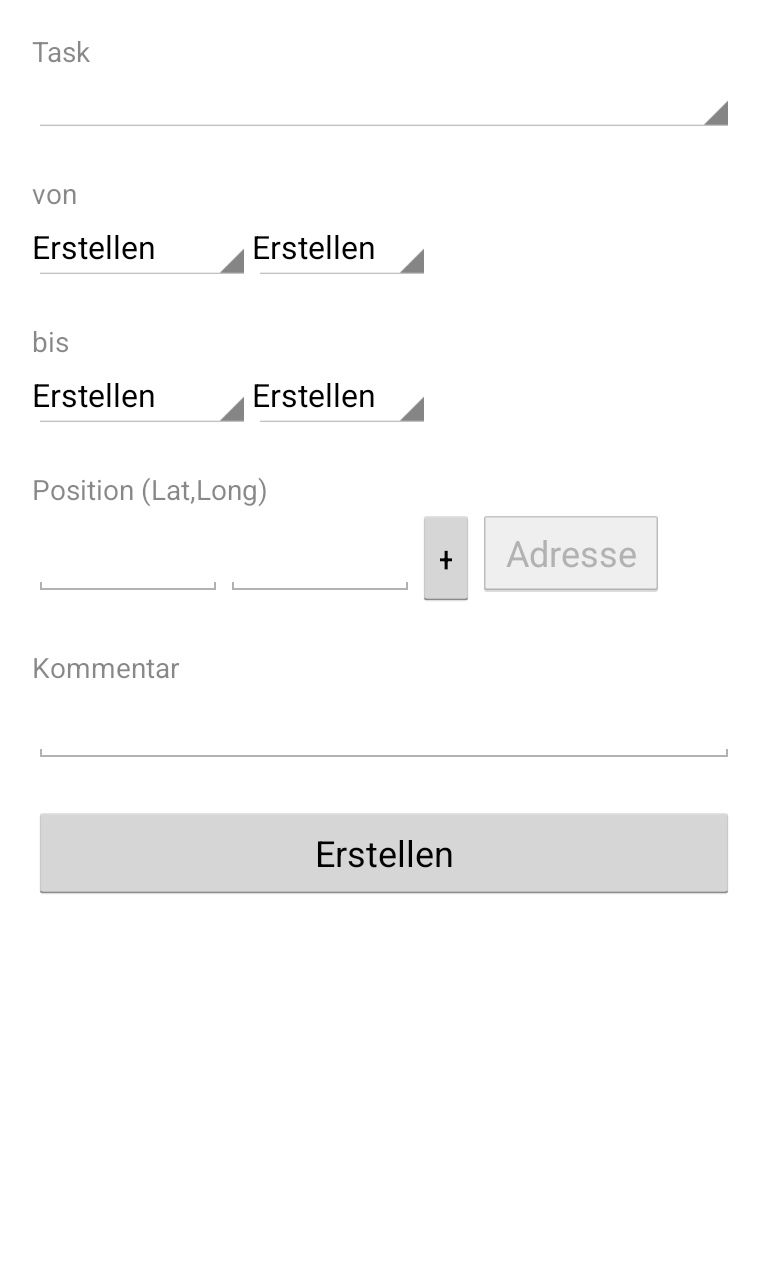
Repository: floriandrs/ttracker
Layout: TTracker/res/layout/activity_create_new_track.xml
The author's editor kept a copy of each file at every save. The layout is drawn from the files as they stood at one save, then again after the next save.
It is drawn on a 768 x 1280 px phone screen (xhdpi) without system bars, with theme AppTheme; the app's code is not run.

Above is the layout before, as saved 2015-02-25 20:06:35.

### TTracker/res/layout/activity_create_new_track.xml
<RelativeLayout xmlns:android="http://schemas.android.com/apk/res/android"
    xmlns:tools="http://schemas.android.com/tools"
    android:layout_width="match_parent"
    android:layout_height="match_parent"
    android:paddingBottom="@dimen/activity_vertical_margin"
    android:paddingLeft="@dimen/activity_horizontal_margin"
    android:paddingRight="@dimen/activity_horizontal_margin"
    android:paddingTop="@dimen/activity_vertical_margin"
    tools:context="com.slart.ttracker.activitiy.EditTrackActivity" >

    <TextView
        android:id="@+id/trackLabel"
        android:text="@string/track"
        style="@style/FormLabel"
        android:layout_marginTop="0dp" />

    <Spinner
        android:id="@+id/track"
        android:layout_width="match_parent"
        android:layout_height="wrap_content"
        android:layout_below="@id/trackLabel" />

    <TextView
        android:id="@+id/startLabel"
        android:layout_below="@id/track"
        android:text="@string/from"
        style="@style/FormLabel" />

    <Button
        android:id="@+id/startDate"
        android:layout_width="110dp"
        android:layout_height="35dp"
        android:layout_below="@id/startLabel"
        style="?android:attr/spinnerStyle"
        android:text="@string/create"
        android:onClick="setStartDate" />

    <Button
        android:id="@+id/startTime"
        android:layout_width="90dp"
        android:layout_height="35dp"
        android:layout_below="@id/startLabel"
        android:layout_toRightOf="@id/startDate"
        style="?android:attr/spinnerStyle"
        android:text="@string/create"
        android:onClick="setStartTime" />

    <TextView
        android:id="@+id/endLabel"
        android:layout_below="@id/startTime"
        android:text="@string/to"
        style="@style/FormLabel" />


    <Button
        android:id="@+id/endDate"
        android:layout_width="110dp"
        android:layout_height="35dp"
        android:layout_below="@id/endLabel"
        style="?android:attr/spinnerStyle"
        android:text="@string/create"
        android:onClick="setEndDate" />

    <Button
        android:id="@+id/endTime"
        android:layout_width="90dp"
        android:layout_height="35dp"
        android:layout_below="@id/endLabel"
        android:layout_toRightOf="@id/endDate"
        style="?android:attr/spinnerStyle"
        android:text="@string/create"
        android:onClick="setEndTime" />

    <TextView
        android:id="@+id/locationLabel"
        android:layout_below="@id/endTime"
        android:text="@string/location"
        style="@style/FormLabel" />

    <EditText
        android:id="@+id/lat"
        android:layout_width="96dp"
        android:layout_height="45dp"
        android:layout_below="@id/locationLabel" />

    <EditText
        android:id="@+id/lon"
        android:layout_width="96dp"
        android:layout_height="45dp"
        android:layout_below="@id/locationLabel"
        android:layout_toRightOf="@id/lat" />

    <Button
        android:id="@+id/locationButton"
        android:layout_width="30dp"
        android:layout_height="50dp"
        android:layout_below="@id/locationLabel"
        android:text="@string/location_update"
        android:onClick="onLocationUpdateButtonClick"
        android:layout_toRightOf="@id/lon" />

    <Button
        android:id="@+id/georefButton"
        android:layout_width="95dp"
        android:layout_height="45dp"
        android:layout_below="@id/locationLabel"
        android:layout_toRightOf="@id/locationButton"
        android:enabled="false"
        android:onClick="onGeorefButtonClick"
        android:text="@string/georef" />

    <TextView
        android:id="@+id/commentLabel"
        android:layout_below="@id/locationButton"
        android:text="@string/comment"
        style="@style/FormLabel" />

    <EditText
        android:id="@+id/comment"
        android:layout_below="@id/commentLabel"
        style="@style/FormWidthHeight" />

	<Button
        android:id="@+id/enter"
		android:layout_alignParentRight="true"
        android:layout_below="@id/comment"
        style="@style/FormTopMargin"
        android:text="@string/create"
        android:onClick="onCreateNewTrack" />


</RelativeLayout>

### TTracker/res/values/styles.xml
<resources>

    <!--
        Base application theme, dependent on API level. This theme is replaced
        by AppBaseTheme from res/values-vXX/styles.xml on newer devices.
    -->
    <style name="AppBaseTheme" parent="android:Theme.Light">
        <!--
            Theme customizations available in newer API levels can go in
            res/values-vXX/styles.xml, while customizations related to
            backward-compatibility can go here.
        -->
    </style>

    <!-- Application theme. -->
    <style name="AppTheme" parent="AppBaseTheme">
        <!-- All customizations that are NOT specific to a particular API-level can go here. -->
    </style>


    <style name="FormWidthHeight">
        <item name="android:layout_width">match_parent</item>
        <item name="android:layout_height">wrap_content</item>
    </style>

    <style name="FormTopMargin" parent="@style/FormWidthHeight">
        <item name="android:layout_marginTop">20dp</item>
    </style>

    <style name="FormLabel" parent="@style/FormTopMargin">
        <item name="android:textColor">#77000000</item>
        <item name="android:textSize">14dp</item>
    </style>

</resources>

### TTracker/res/values/strings.xml
<?xml version="1.0" encoding="utf-8"?>
<resources>

    <string name="app_name">TTracker</string>
    <string name="action_settings">Settings</string>
    <string name="hello_world">Hello world!</string>
    <string name="hello_blank_fragment">Hello blank fragment</string>
    <string name="title_activity_view_all_tracks">ViewAllTracksActivity</string>
    <string name="title_activity_edit_track">Neue Aktivitaet anlegen</string>
    <string name="title_activity_stats">StatsActivity</string>
    <string name="title_activity_stats_simple">StatsSimple</string>
    <string name="title_activity_stats_average">StatsAverageActivity</string>
    <string name="main_open_create_new_track_label">Start new</string>
    <string name="open_view_all">Track-Liste öffnen</string>
    <string name="open_time_filter_stats">Tracks pro Zeitraum</string>
    <string name="open_activity_stats">Analyse</string>
    <string name="open_activity_stats_simple">Summen pro Kategorie</string>
    <string name="open_activity_stats_average">Durchschnitt pro Kategorie</string>
    <string name="open_activity_view_all_categories">Kategorien verwalten</string>
    <string name="open_create_new_track">Neuen Track starten</string>
    <string name="close_current_track">Aktiven Track stoppen</string>
    <string name="update_current_track">Aktiven Track editieren</string>
    <string name="current_track_label">Aktiver Track:</string>
    <string name="create">Erstellen</string>
    <string name="created_category">Neue Kategorie wurde erstellt: </string>
    <string name="category_already_exists">Kategorie existiert bereits: </string>
    <string name="add">Hinzufügen</string>
    <string name="delete">Löschen</string>
    <string name="update">Aktualisieren</string>
    <string name="location_update">+</string>
    <string name="georef">Adresse</string>
    <string name="now">jetzt</string>
    <string name="today">heute</string>
    <string name="since">seit</string>
    <string name="empty">-</string>
    <string name="none">Kein aktiver Track</string>
    <string name="location">Position (Lat,Long)</string>
    <string name="comment">Kommentar</string>
    <string name="track">Task</string>
    <string name="from">von</string>
    <string name="to">bis</string>
    <string name="started_new_track">Neuer Track gestartet:</string>
    <string name="updated_track">Track aktualisiert:</string>
    <string name="update_track">Bearbeiten</string>
    <string name="delete_track">Löschen</string>
    <string name="export_track_to_calendar">Export an Kalender</string>
    <string name="view_track_in_map">In Karte ansehen</string>

    <string name="no_network">Keine Netzwerkverbindung!</string>
    <string name="address_lookup_start">Adresse wird georeferenziert...</string>
    <string name="lat_or_lon_must_be_set">Lat und Lon müssen ausgefüllt sein</string>
    <string name="address_lookup_finish">Adresse gefunden</string>
    <string name="invalid_geocoding_result">Adresse konnte nicht verarbeitet werden</string>
    <string name="web_error">Fehler beim laden der Seite</string>

    <string name="category_name">Kategorie-Name</string>

    <string-array name="tracks_array">
        <item>Programmieren</item>
        <item>Meeting</item>
        <item>Testing</item>
    </string-array>

    <string name="title_activity_edit_categories">EditCategoriesActivity</string>
    <string name="title_activity_edit_category">EditCategoryActivity</string>
    <string name="title_activity_view_all_categories">ViewAllCategoriesActivity</string>

</resources>

Loaded but not shown: TTracker/res/values-v11/styles.xml (common file); TTracker/res/values-v14/styles.xml (common file); TTracker/res/values/dimens.xml (common file); TTracker/res/values-w820dp/dimens.xml (common file)

After the next save:
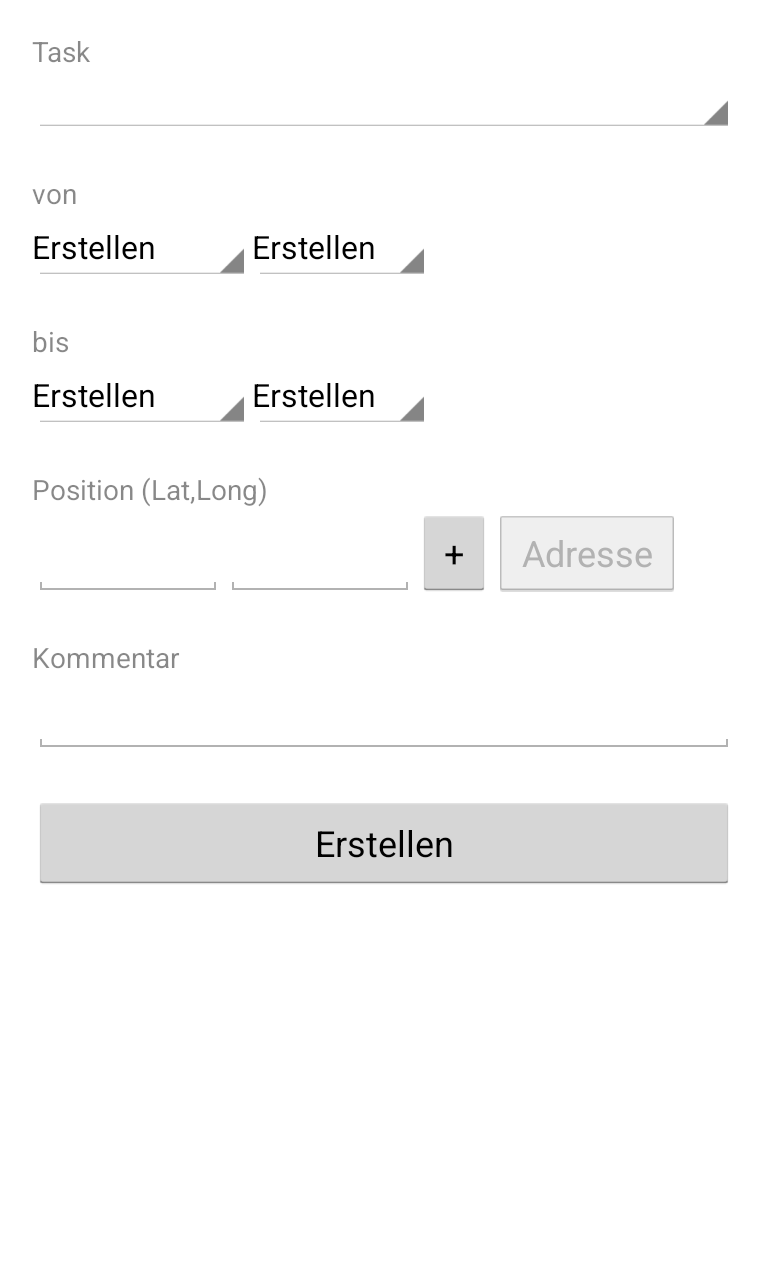
Saved 9 s later.
--- a/TTracker/res/layout/activity_create_new_track.xml
+++ b/TTracker/res/layout/activity_create_new_track.xml
@@ -92,8 +92,8 @@
 
     <Button
         android:id="@+id/locationButton"
-        android:layout_width="30dp"
-        android:layout_height="50dp"
+        android:layout_width="38dp"
+        android:layout_height="45dp"
         android:layout_below="@id/locationLabel"
         android:text="@string/location_update"
         android:onClick="onLocationUpdateButtonClick"
